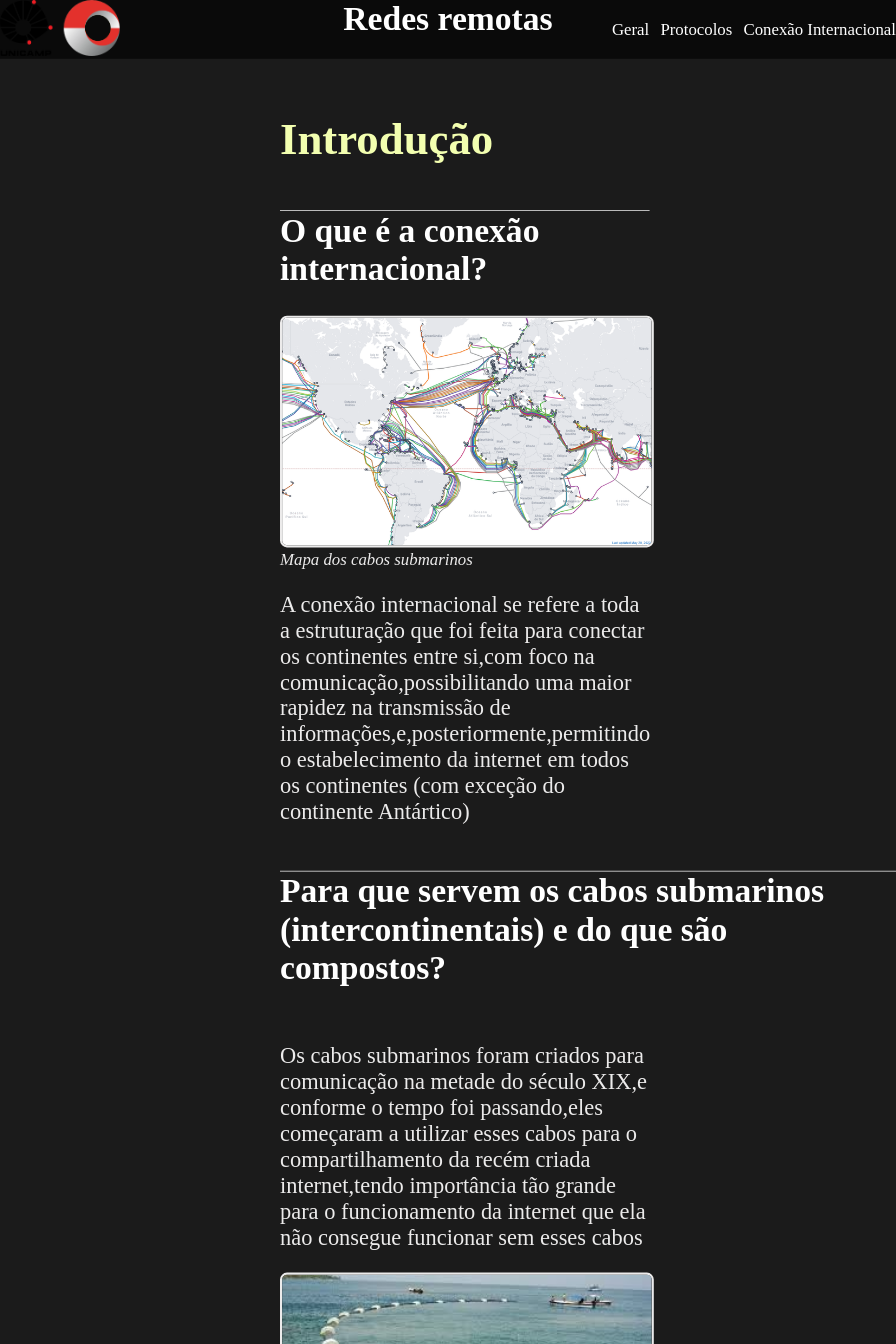
Repository: rafafbd/Site-sobre-redes-remotas
Page: Code/cabos.html
An editor plug-in stored every save of this project. The page is shown before and after the next save, followed by the edit.
The browser window is 1280 px wide. The pictures show the part of the page from y = 0 to 1920 px (the page is 4265 px tall before and 4281 px after), at 70% of full size.

Above is the page before, as saved 2025-05-28 07:52:10.

After the next save:
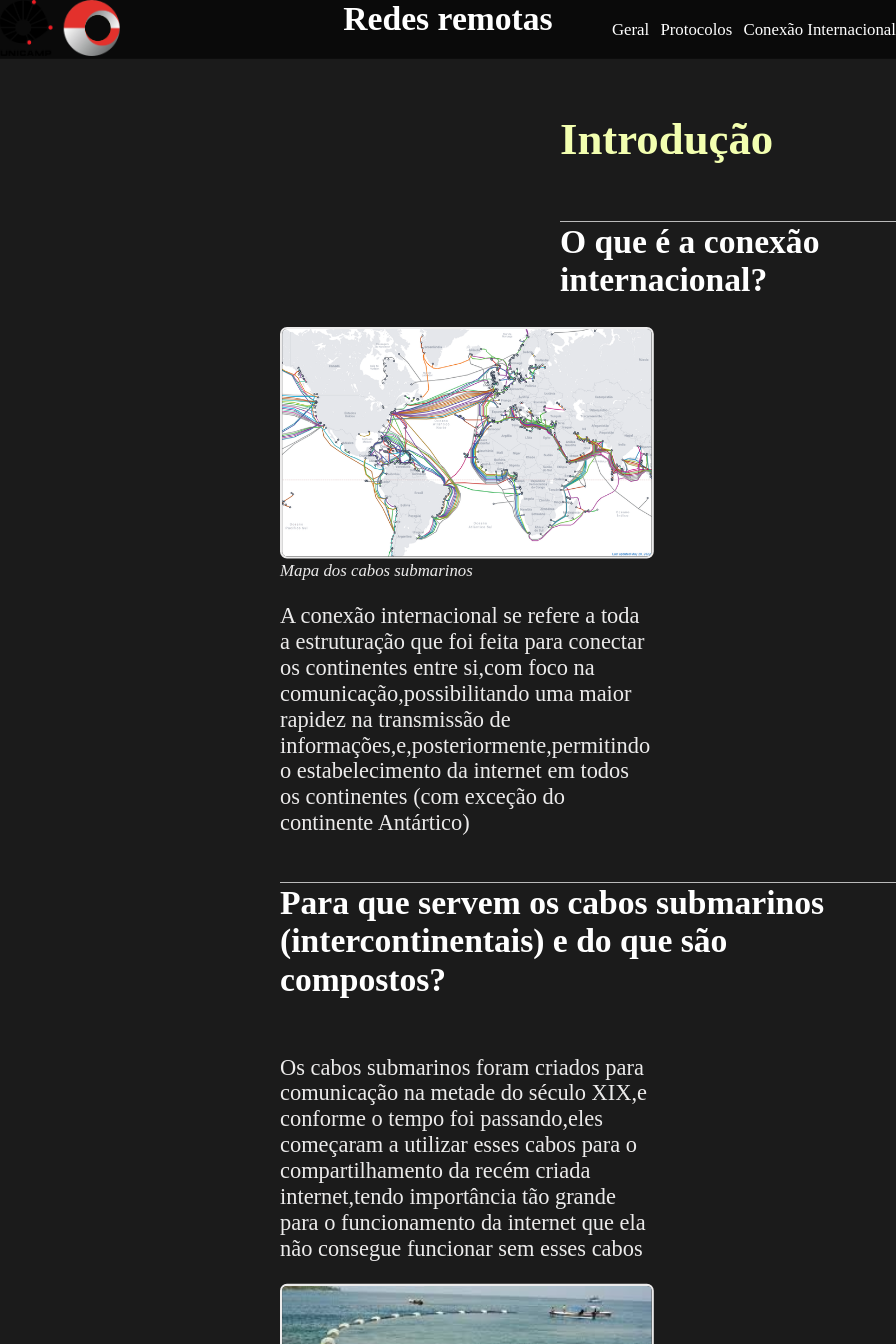
Saved 12 s later.
--- a/Code/cabos.html
+++ b/Code/cabos.html
@@ -22,7 +22,7 @@
     </header>
     <br>
     <main class="centro">
-        <div class="full-content">
+        <div class="full-content centro">
             <p class="titulo">Introdução</p>
             <h2 class="subtitulo">O que é a conexão internacional?</h2>
         </div>

After the save that followed:
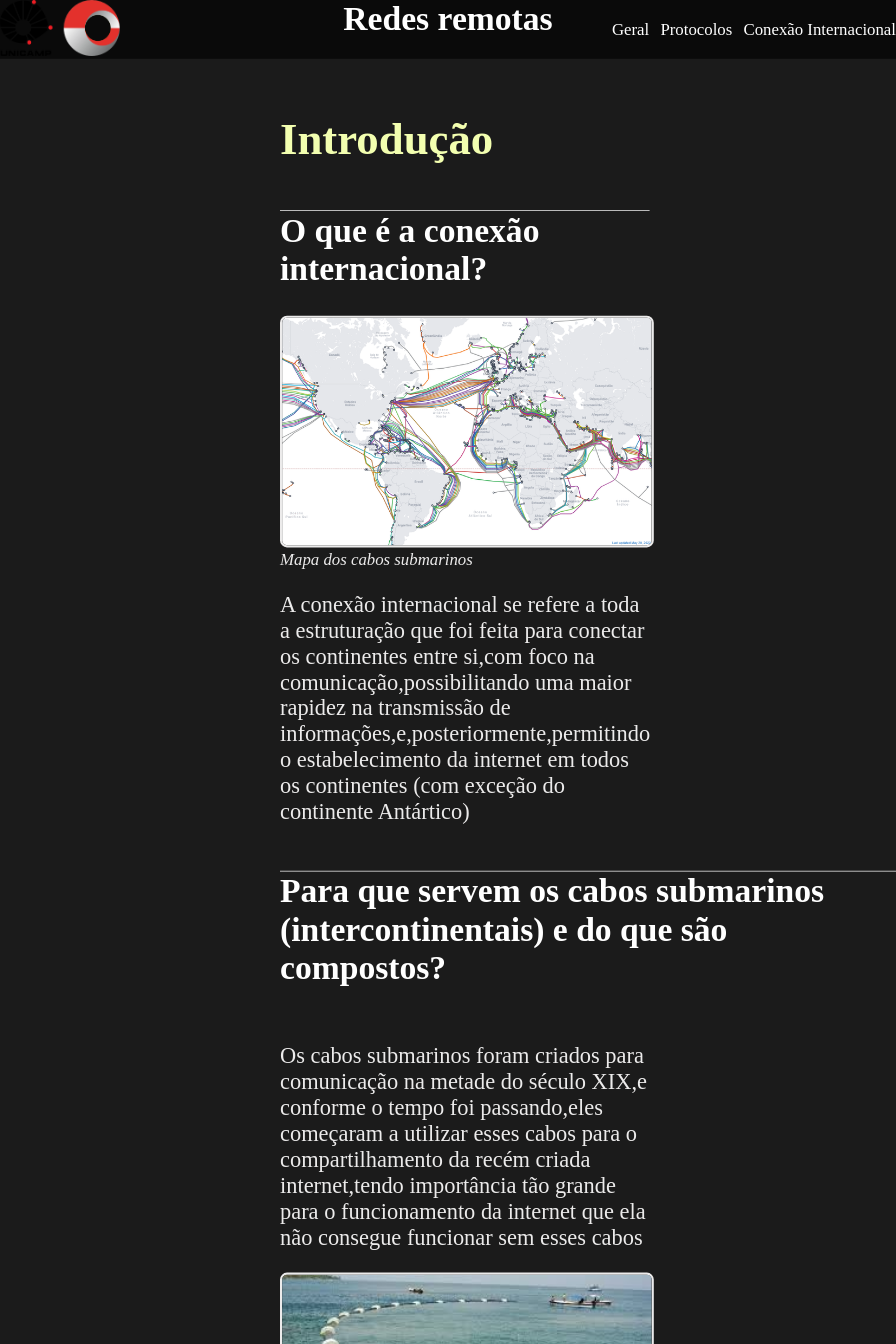
Saved 4 s later.
--- a/Code/cabos.html
+++ b/Code/cabos.html
@@ -22,7 +22,7 @@
     </header>
     <br>
     <main class="centro">
-        <div class="full-content centro">
+        <div class="full-content">
             <p class="titulo">Introdução</p>
             <h2 class="subtitulo">O que é a conexão internacional?</h2>
         </div>
